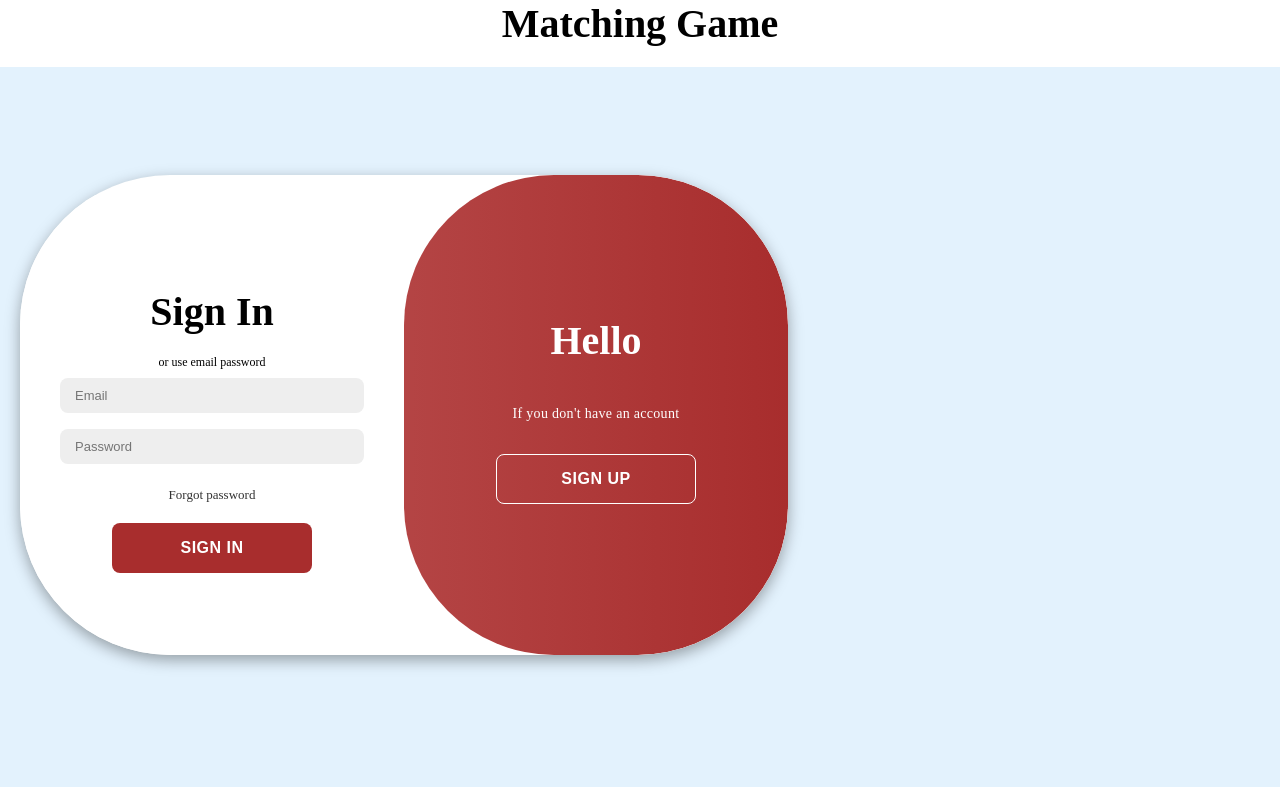
Repository: parnelltse/frontend2-courseproject
Page: /
These files come from the project's save history. The page is drawn as it stood at one moment and after the next save; the edit follows.
The browser window is 1280 px wide. The pictures show the whole page.
The project was rebuilt for these pictures with package versions that can differ from the ones it lists, and the page was loaded fresh each time. Also part of the build but not shown: vite.config.js, src/components/AccountForm.jsx, src/components/BackButton.jsx, src/pages/create.jsx, src/pages/login.jsx, src/pages/home.jsx, src/pages/gameoptions.jsx, src/pages/appsettings.jsx and 7 more.

Above is the page before, as saved 2024-11-02 23:11:02.

### src/App.jsx
import './App.css';
import { BrowserRouter as Router, Routes, Route } from 'react-router-dom';
import { Landing } from './pages/landing';
import Create from './pages/create';
import Login from './pages/login'
import Home from './pages/home';
import Gameoptions from './pages/gameoptions';
import AppSettings from './pages/appsettings';
import ProfileSettings from './pages/profilesettings';
import GameHistory from './pages/gamehistory';
import SinglePlayer from './pages/singleplayer';
import MultiPlayer from './pages/multiplayer';
import ResumeGame from './pages/resumegame';
import SingleGame from './pages/singlegame';
import MultiGame from './pages/multigame';

function App() {
  return (
    <Router>
      <Routes>
        <Route path="/" element={<Landing />} />
        <Route path="/create" element={<Create />} />
        <Route path="/login" element={<Login />} />
        <Route path="/home" element={<Home />} />
        <Route path="/gameoptions" element={<Gameoptions />} />
        <Route path='/appsettings' element={<AppSettings/>} />
        <Route path='/profilesettings' element={<ProfileSettings/>} />
        <Route path='/gamehistory' element={<GameHistory/>} />
        <Route path='/singleplayer' element={<SinglePlayer/>} />
        <Route path='/multiplayer' element={<MultiPlayer/>} />
        <Route path='/resumegame' element={<ResumeGame/>} />
        <Route path="/singlegame" element={<SingleGame />} />
        <Route path="/multigame" element={<MultiGame />} />
      </Routes>
    </Router>
  );
}

export default App;

### src/index.css
/** landing page */

.landing-nav {
    display: flex;
    flex-direction: column;
    justify-content: center;
    align-items: center;
    gap: 20px
}

.app .headline {
    text-align: center;
    padding-top: 30px;
}

/** account form */

.sub-btn {
    align-items: center;
    margin: auto;
    margin-top: 10px;
}


/* Single player*/

.single-btn {
    margin: auto;
    align-items: center;
    background-color: #03dac6;
    color: rgb(74, 96, 86); /* darker text */
}

.single-btn:hover {
    background-color: #018786;
    color: white;

}

.single-container {
    padding-top: 10vh;
    align-items: center;
    margin: auto;
}

.single-bottom {
    margin: auto;
    width: 100vw;
    align-items: center;
    align-self: center;
    display: flex;
    justify-content: center;
    flex-direction: column;
}




.home-container {
    background-color: #fff;
    border-radius: 150px;
    box-shadow: 0 5px 15px rgba(0, 0, 0, 0.35);
    position: relative;
    overflow: hidden;
    width: 768px;
    max-width: 100%;
    min-height: 480px;
  }

  .home-container p {
    font-size: 14px;
    line-height: 20px;
    letter-spacing: 0.3px;
    margin: 20px 0;
  }


  .home-container span {
    font-size: 12px;
  }

  .home-container a {
    color: #333;
    font-size: 13px;
    text-decoration: none;
    margin: 15px 0 10px;
  }
  .home-container button {
    background-color: #a82d2d;
    color: #fff;
    padding: 10px 45px;
    border: 1px solid transparent;
    border-radius: 8px;
    font-weight: 600;
    letter-spacing: 0.5px;
    text-transform: uppercase;
    margin-top: 10px;
    cursor: pointer;
  }

  .home-container button.hidden {
    background-color: transparent;
    border-color: #fff;
  }

  .home-container form {
    background-color: #fff;
    display: flex;
    align-items: center;
    justify-content: center;
    flex-direction: column;
    padding: 0 40px;
    height: 100%;
  }

  .home-container input {
    background-color: #eee;
    border: none;
    margin: 8px 0;
    padding: 10px 15px;
    font-size: 13px;
    border-radius: 8px;
    width: 100%;
    outline: none;
  }

  .sign-up, .sign-in {
    position: absolute;
    top: 0;
    height: 100%;
    transition: all 0.6s ease-in-out;
  }

  .sign-in {
    left: 0;
    width: 50%;
    z-index: 2;
  }

  .home-container.active .sign-in {
    transform: translateX(100%);
  }

  .sign-up {
    left: 0;
    width: 50%;
    z-index: 1;
    opacity: 0;
  }

  .home-container.active .sign-up {
    transform: translateX(100%);
    opacity: 1;
    z-index: 5;
    animation: move 0.6s;
  }

  @keyframes move {
    0%, 49.99%{
      opacity: 0;
      z-index: 1;
    }
     50%, 100%{
      opacity: 1;
      z-index: 5;
    }
  }

  .icons {
    margin: 20px 0;
  }

  .icons a {
    border: 1px solid #ccc;
    border-radius: 20%;
    display: inline-flex;
    justify-content: center;
    align-items: center;
    margin: 0 3px;
    width: 40px;
    height: 40px;
  }

  .toogle-container {
    position: absolute;
    top: 0;
    left: 50%;
    width: 50%;
    height: 100%;
    overflow: hidden;
    border-radius: 150px;
    z-index: 1000;
    transition: all 0.6s ease-in-out;
  }

  .home-container.active .toogle-container {
    transform: translateX(-100%);
    border-radius: 150px;
  }

  .toogle {
    background-color: #a82d2d;
    height: 100%;
    background: linear-gradient(to right, #c05c5c, #a82d2d);
    color: #fff;
    position: relative;
    left: -100%;
    width: 200%;
    transform: translateX(0);
    transition: all 0.6s ease-in-out;
  }

  .home-container.active .toogle {
    transform: translateX(50%);
  }

  .toogle-panel {
    position: absolute;
    width: 50%;
    height: 100%;
    display: flex;
    justify-content: center;
    align-items: center;
    flex-direction: column;
    padding: 0 30px;
    text-align: center;
    top: 0;
    transform: translateX(0);
    transition: all 0.6s ease-in-out;
  }

  .toogle-left {
    transform: translateX(-200%);
  }

  .home-container.active .toogle-left {
    transform: translateX(0);
  }

  .toogle-right {
    right: 0;
    transform: translateX(0);
  }

  .home-container.active .toogle-right {
    transform: translateX(200%);
  }

### src/App.css
/* General Reset */
* {
	margin: 0;
	padding: 0;
	box-sizing: border-box;
}

/* Home page */
.container {
	align-items: center; /* Center the items horizontally */
	justify-content: center; /* Center the items vertically */
	min-height: 100vh; /* Full viewport height */
	background-color: #e3f2fd; /* Light blue background color */
	padding: 20px; /* Padding around content */
	padding-top: 15vh;
}

header {
	text-align: center;
	margin-bottom: 40px; /* Space below header */
	margin: auto;
}

button {
	background-color: #1e88e5; /* Button background color */
	color: white; /* White text color */
	border: none; /* Remove border */
	border-radius: 5px; /* Rounded corners */
	padding: 10px; /* Padding for buttons */
	cursor: pointer; /* Pointer cursor */
	transition: background-color 0.3s; /* Smooth background transition */
	width: 200px; /* Fixed width for all buttons */
	height: 50px; /* Fixed height for all buttons */
	font-size: 1rem; /* Font size for button text */
	margin: 10px; /* Space between buttons */
}

button:hover {
	background-color: #1565c0; /* Darker button color on hover */
}

.button-container {
	display: flex; /* Use flexbox for button alignment */
	flex-direction: column; /* Stack buttons vertically */
	align-items: center; /* Center buttons horizontally */
}

.title {
	font-size: 2.5rem; /* Title font size */
	text-align: center; /* Center the title text */
	margin-bottom: 20px; /* Space below title */
}

.profile-button {
	background-color: #6200ea; /* Primary color */
	color: white; /* White text */
	border: none; /* Remove border */
	border-radius: 5px; /* Rounded corners */
	padding: 10px 20px; /* Button padding */
	font-size: 1.2rem; /* Font size */
	cursor: pointer; /* Pointer cursor on hover */
	transition: background-color 0.3s; /* Smooth background transition */
	width: 155px; /* Ensure the width matches other buttons */
	height: 50px; /* Ensure the height matches other buttons */
	margin-bottom: 20vh;
}

.profile-button:hover {
	background-color: #3700b3; /* Darker shade on hover */
}

.button-container {
	display: flex;
	gap: 20px; /* Space between buttons */
}

.play-button,
.settings-button {
	background-color: #03dac6; /* Secondary color */
	border: none;
	border-radius: 5px;
	padding: 15px 25px; /* Button padding */
	font-size: 1.5rem; /* Font size */
	cursor: pointer; /* Pointer cursor on hover */
	transition: background-color 0.3s; /* Smooth background transition */
	align-items: center;
	text-align: center;
}

.play-button {
	color: rgb(74, 96, 86); /* darker text */
}

.settings-button {
	color: white; /* white text */
}

.play-button:hover {
	background-color: #018786; /* Darker shade on hover */
	color: white; /* white text */

}

.settings-button {
	background-color: #ff5722; /* Different color for settings */
}

.settings-button:hover {
	background-color: #c41c00; /* Darker shade on hover */
}

/* Typography */
h1 {
	font-size: 2.5rem;
	text-align: center;
	margin-bottom: 20px;
}

h2 {
	font-size: 1.75rem;
	text-align: center;
	margin-bottom: 15px;
}

/* Button Styles */
button {
	background-color: #6200ea;
	color: white;
	padding: 10px 20px;
	border: none;
	border-radius: 5px;
	cursor: pointer;
	margin: 10px;
	transition: background-color 0.3s ease;
}

button:hover {
	background-color: #3700b3;
}

/* Form Input Styles */
input[type="text"],
input[type="password"],
input[type="number"] {
	width: 100%;
	padding: 10px;
	margin: 10px 0;
	box-sizing: border-box;
	border: 2px solid #ccc;
	border-radius: 4px;
}

form {
	max-width: 400px;
	margin: 20px auto;
	display: flex;
	flex-direction: column;
}

/* Back Button */
button.back-btn {
	background-color: #f44336;
	color: white;
	border-radius: 50%;
	width: 50px;
	height: 50px;
	display: flex;
	justify-content: center;
	align-items: center;
	font-size: 1.2rem;
}

button.back-btn:hover {
	background-color: #e53935;
}

/* App Settings */
.app-settings {
	display: flex;
	flex-direction: column;
	justify-content: center;
	align-items: center;
	padding: 20px;
	text-align: center;
	min-height: 100vh;
	padding-top: 20vh;
}

.setting-bottons {
	display: flex;
	justify-content: center;
	flex-direction: column;
	margin: auto;
	align-items: center;
}

.theme-toggle {
	background-color: #333;
	color: white;
	padding: 10px;
	border-radius: 5px;
	cursor: pointer;
}

.theme-toggle:hover {
	background-color: #555;
}

/* Game Options */
.game-options {
	display: flex;
	flex-direction: column;
	align-items: center;
	margin: 20px;
}

button.grid-size {
	background-color: #2196f3;
	margin: 5px;
}

button.grid-size:hover {
	background-color: #1976d2;
}

/* single and multiplayer pages */
img {
	max-width: 100%;
	height: auto;
	display: block;
	margin: 0 auto;
}

.game-grid {
	display: grid;
	grid-template-columns: repeat(5, 1fr); /* 5 columns for a 5x5 grid */
	gap: 10px; /* Space between grid items */
	padding: 20px; /* Optional padding around the grid */
}

.game-item {
	background-color: #c5d9e8; /* Background color for game items */
	border: 1px solid #100f0f; /* Border for each game item */
	border-radius: 5px; /* Rounded corners */
	display: flex; /* Center content */
	align-items: center; /* Center content vertically */
	justify-content: center; /* Center content horizontally */
	height: 100px; /* Fixed height for game items */
	font-size: 1.2em; /* Font size for game item text */
}

/* history page */

.history-container {
	display: flex;
	flex-direction: column;
	align-items: center;
	justify-content: center;
	min-height: 100vh; /* Full viewport height */
	background-color: #f9f9f9; /* Light background color */
	padding: 20px; /* Padding around content */
}

.history-title {
	font-size: 2.5rem; /* Title font size */
	color: #333; /* Darker text color */
	margin-bottom: 10px; /* Space below title */
}

.history-description {
	font-size: 1.2rem; /* Description font size */
	color: #666; /* Slightly lighter text color */
	text-align: center; /* Center-align description */
	margin-bottom: 30px; /* Space below description */
}

.score-table {
	width: 100%;
	max-width: 600px; /* Max width for the table */
	margin: 0 auto; /* Center the table */
	background-color: white; /* White background for the table */
	border-radius: 8px; /* Rounded corners */
	box-shadow: 0 4px 8px rgba(0, 0, 0, 0.1); /* Subtle shadow */
	overflow: hidden; /* Ensure rounded corners apply */
}

table {
	width: 100%; /* Full width of the table */
	border-collapse: collapse; /* Remove space between table cells */
}

th,
td {
	padding: 15px; /* Cell padding */
	text-align: left; /* Align text to the left */
	border-bottom: 1px solid #e0e0e0; /* Bottom border for rows */
}

th {
	background-color: #6200ea; /* Header background color */
	color: white; /* White text for header */
}

tr:hover {
	background-color: #f1f1f1; /* Highlight row on hover */
}

.back-button {
	margin-top: 20px; /* Space above the back button */
}

/* profile settings page*/

.profile-settings-container {
	display: flex;
	flex-direction: column;
	align-items: center;
	justify-content: center;
	min-height: 100vh; /* Full viewport height */
	background-color: #f9f9f9; /* Light background color */
	padding: 20px; /* Padding around content */
}

.profile-settings-title {
	font-size: 2.5rem; /* Title font size */
	color: #333; /* Darker text color */
	margin-bottom: 20px; /* Space below title */
}

.submitted-username {
	font-size: 1.5rem; /* Font size for submitted username */
	color: #6200ea; /* Color for submitted username */
	margin-bottom: 20px; /* Space below username display */
}

.profile-settings-form {
	display: flex;
	flex-direction: column;
	align-items: center; /* Center align the form elements */
	margin-bottom: 20px; /* Space below the form */
}

.username-input {
	padding: 10px; /* Padding for input */
	font-size: 1rem; /* Font size for input */
	border: 1px solid #ccc; /* Border for input */
	border-radius: 4px; /* Rounded corners */
	margin-bottom: 10px; /* Space below input */
	width: 100%; /* Full width */
	max-width: 300px; /* Max width for input */
}

.save-button {
	padding: 10px 20px; /* Padding for button */
	background-color: #6200ea; /* Button background color */
	color: white; /* Button text color */
	border: none; /* Remove border */
	border-radius: 4px; /* Rounded corners */
	cursor: pointer; /* Pointer cursor on hover */
	font-size: 1rem; /* Font size for button */
}

.save-button:hover {
	background-color: #3700b3; /* Darker button color on hover */
}

.navigation-buttons {
	display: flex;
	gap: 10px; /* Space between navigation buttons */
}

.scores-button {
	padding: 10px 20px; /* Padding for button */
	background-color: #03dac6; /* Button background color */
	color: white; /* Button text color */
	border: none; /* Remove border */
	border-radius: 4px; /* Rounded corners */
	cursor: pointer; /* Pointer cursor on hover */
	font-size: 1rem; /* Font size for button */
}

.scores-button:hover {
	background-color: #018786; /* Darker button color on hover */
}

/* game options page */

.game-options-container {
	display: flex;
	flex-direction: column;
	align-items: center;
	justify-content: center;
	min-height: 100vh; /* Full viewport height */
	background-color: #f0f4f8; /* Light background color */
	padding: 20px; /* Padding around content */
}

.game-options-title {
	font-size: 2.5rem; /* Title font size */
	color: #333; /* Darker text color */
	margin-bottom: 40px; /* Space below title */
}

.game-options-buttons {
	display: flex;
	flex-direction: column; /* Arrange buttons vertically */
	gap: 15px; /* Space between buttons */
}

.game-option-button {
	padding: 15px 30px; /* Padding for buttons */
	font-size: 1.2rem; /* Font size for buttons */
	background-color: #6200ea; /* Button background color */
	color: white; /* Button text color */
	border: none; /* Remove border */
	border-radius: 5px; /* Rounded corners */
	cursor: pointer; /* Pointer cursor on hover */
	transition: background-color 0.3s; /* Smooth background transition */
	width: 100%; /* Full width */
	max-width: 300px; /* Max width for buttons */
}

.game-option-button:hover {
	background-color: #3700b3; /* Darker button color on hover */
}

/* create account page */

.create-container {
	display: flex;
	flex-direction: column;
	align-items: center;
	justify-content: center;
	min-height: 100vh; /* Full viewport height */
	background-color: #f0f4f8; /* Light background color */
	padding: 20px; /* Padding around content */
}

.create-header {
	text-align: center; /* Center header text */
	margin-bottom: 40px; /* Space below header */
}

.create-header h1 {
	font-size: 2.5rem; /* Title font size */
	color: #000000; /* Primary color for title */
}

.create-header h2 {
	font-size: 1.5rem; /* Subtitle font size */
	color: #333; /* Darker color for subtitle */
	margin-top: 10px; /* Space above subtitle */
}

.create-container > * {
	margin: 10px 0; /* Space between elements */
}

.back-button {
	margin-top: 20px; /* Space above back button */
	background-color: #6200ea; /* Match primary color */
	color: white; /* White text color */
	border: none; /* Remove border */
	border-radius: 5px; /* Rounded corners */
	padding: 10px 20px; /* Padding for button */
	cursor: pointer; /* Pointer cursor */
	transition: background-color 0.3s; /* Smooth background transition */
}

.back-button:hover {
	background-color: #3700b3; /* Darker button color on hover */
}

/* login page */
.login-container {
	align-items: flex-start;
	justify-content: center;
	min-height: 100vh; /* Full viewport height */
	background-color: #ede3fd; /* Light blue background color */
	padding-top: 20vh;
}

.login-header {
	text-align: center; /* Center header text */
	margin-bottom: 40px; /* Space below header */
}

.login-header h1 {
	font-size: 2.5rem; /* Title font size */
	color: #3700b3; /* Primary color for title */
}

.login-header h2 {
	font-size: 1.5rem; /* Subtitle font size */
	color: #424242; /* Darker color for subtitle */
	margin-top: 10px; /* Space above subtitle */
}

.account-form {
	width: 100%; /* Full width for the form */
	max-width: 400px; /* Maximum width for the form */
	background-color: white; /* White background for form */
	border-radius: 8px; /* Rounded corners */
	box-shadow: 0 2px 10px rgba(0, 0, 0, 0.1); /* Subtle shadow */
	padding: 20px; /* Padding inside the form */
}

button {
	background-color: #6200ea; /* Match primary color */
	color: white; /* White text color */
	border: none; /* Remove border */
	border-radius: 5px; /* Rounded corners */
	padding: 10px 20px; /* Padding for button */
	cursor: pointer; /* Pointer cursor */
	transition: background-color 0.3s; /* Smooth background transition */
}

button:hover {
	background-color: #3700b3; /* Darker button color on hover */
}

.account-form input {
	margin: 10px 0; /* Space between inputs */
	padding: 10px; /* Padding for inputs */
	border: 1px solid #ccc; /* Light border for inputs */
	border-radius: 5px; /* Rounded corners for inputs */
	width: 100%; /* Full width for inputs */
}

### src/pages/landing.jsx
import { useNavigate } from 'react-router-dom';
import { useState, useEffect } from 'react';

export function Landing () {
  const navigate = useNavigate();

  useEffect(() => {
    import('../JavaScript/SignInAnimation.js');
  }, []);
  const [isActive, setIsActive] = useState(false);

  const toggleActive = () => setIsActive(!isActive);

  return (
    <div className='app'>
      <h1>
        Matching Game
      </h1>

      <div className={`container ${isActive ? 'active' : ''}`}>
        <div className={`home-container ${isActive ? 'active' : ''}`} id="home-container">
          <div className="sign-up">
            <form>
              <h1>Create Account</h1>
              <span>or use email for registration</span>
              <input type="text" placeholder="Name" />
              <input type="text" placeholder="Email" />
              <input type="password" placeholder="Password" />
              <button type="button">Sign Up</button>
            </form>
          </div>
          <div className="sign-in">
            <form>
              <h1>Sign In</h1>
              <span>or use email password</span>
              <input type="text" placeholder="Email" />
              <input type="password" placeholder="Password" />
              <a href="#">Forgot password</a>
              <button type="button">Sign In</button>
            </form>
          </div>
          <div class="toogle-container">
            <div class="toogle">
              <div class="toogle-panel toogle-left">
                <h1>Welcome!</h1>
                <p>If you already have an account</p>
                <button class="hidden" id="login" onClick={toggleActive}>Sign In</button>
              </div>
              <div class="toogle-panel toogle-right">
                <h1>Hello</h1>
                <p>If you don't have an account</p>
                <button class="hidden" id="register" onClick={toggleActive}>Sign Up</button>
              </div>
            </div>
          </div>
        </div>
      </div>
    </div>
  );
}

### src/JavaScript/SignInAnimation.js
const container = document.getElementById("container");
const registerbtn = document.getElementById("register");
const loginbtn = document.getElementById("login");

registerbtn.addEventListener("click", () => {
  container.classList.add("active");
});

loginbtn.addEventListener("click", () => {
  container.classList.remove("active");
});

Loaded but not shown: index.html (common file); src/main.jsx (common file)

After the next save:
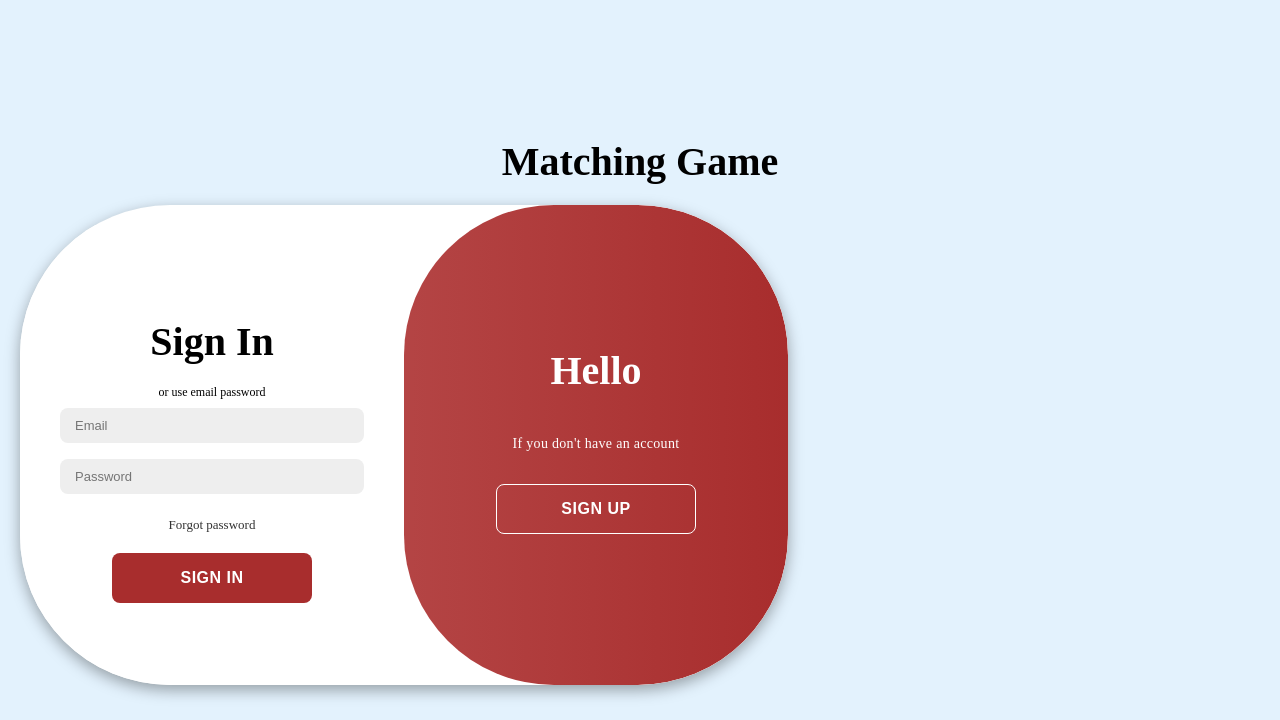
Saved 63 s later.
--- a/src/pages/landing.jsx
+++ b/src/pages/landing.jsx
@@ -12,12 +12,11 @@ export function Landing () {
   const toggleActive = () => setIsActive(!isActive);
 
   return (
-    <div className='app'>
-      <h1>
-        Matching Game
-      </h1>
-
-      <div className={`container ${isActive ? 'active' : ''}`}>
+    <div className={`app ${isActive ? 'active' : ''}`}>
+      <div className="container">
+        <h1 className='headline'>
+          Matching Game
+        </h1>
         <div className={`home-container ${isActive ? 'active' : ''}`} id="home-container">
           <div className="sign-up">
             <form>
